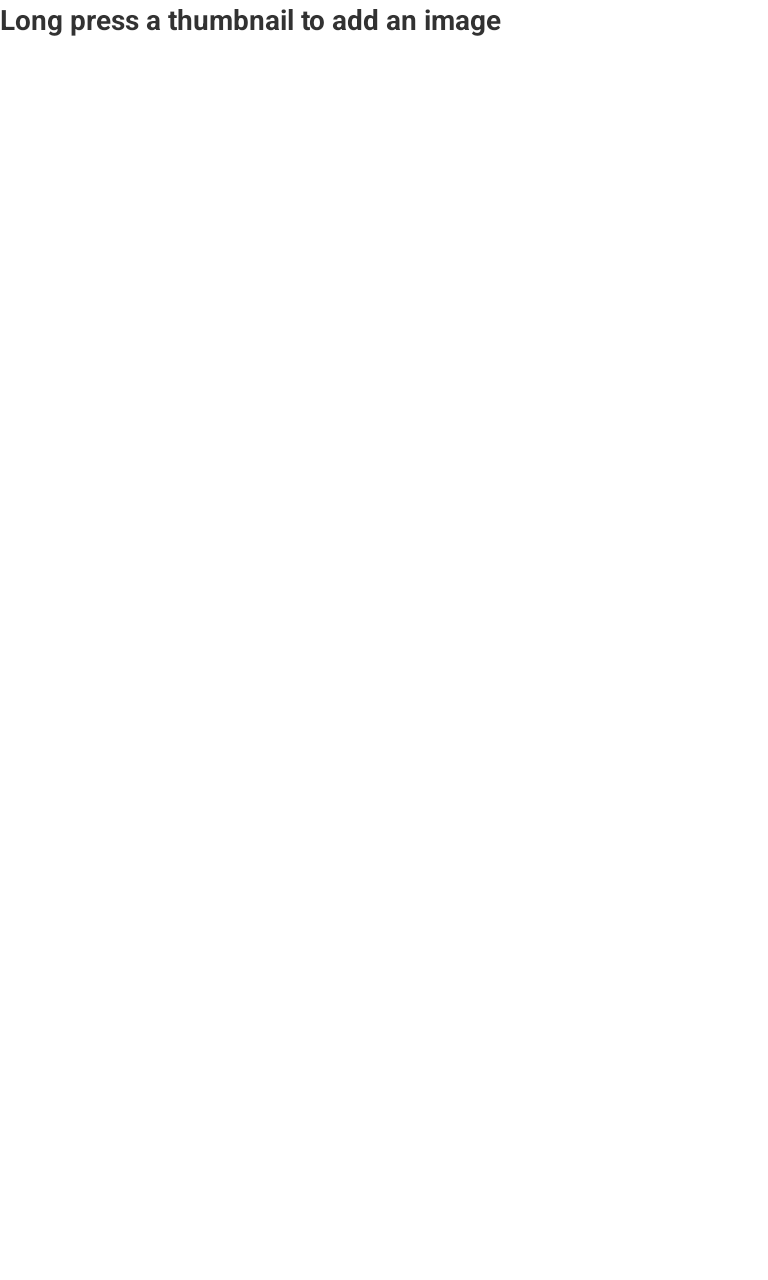
Repository: FreyrChen/tucan_Linux_practice
Layout: 4_Android_program/PictureTest/res/layout/activity_pic_select.xml
These files come from the project's save history. The layout is drawn as it stood at one moment and after the next save; the edit follows.
It is drawn on a 768 x 1280 px phone screen (xhdpi) without system bars, with theme AppTheme; the app's code is not run.

Above is the layout before, as saved 2012-12-30 00:48:51.

After the next save:
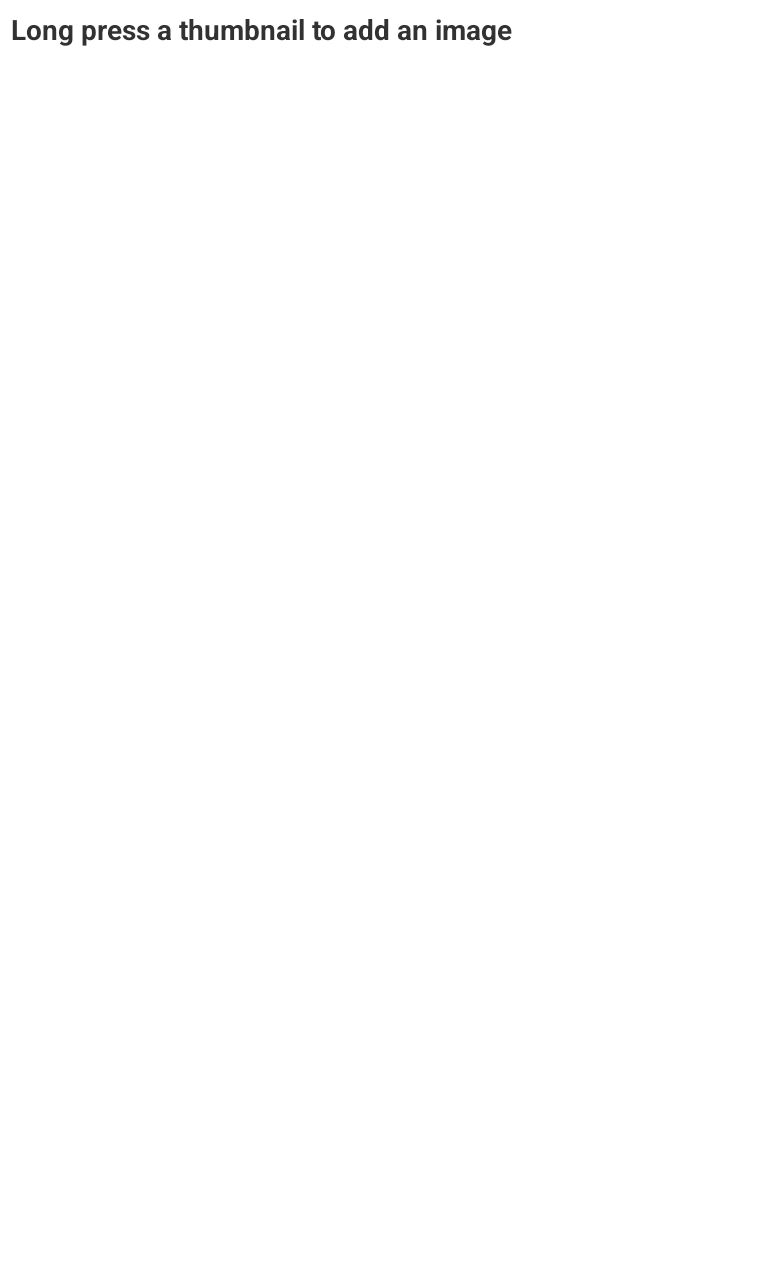
Saved 39 s later.
--- a/4_Android_program/PictureTest/res/layout/activity_pic_select.xml
+++ b/4_Android_program/PictureTest/res/layout/activity_pic_select.xml
@@ -7,8 +7,9 @@
     <TextView
         android:layout_width="wrap_content"
         android:layout_height="wrap_content"
+        android:padding="5dp"
         android:text="@string/select_intro"
-        android:gavity="center"
+        android:gravity="center"
         android:textStyle="bold" />
     <Gallery
         android:id="@+id/gallery"
